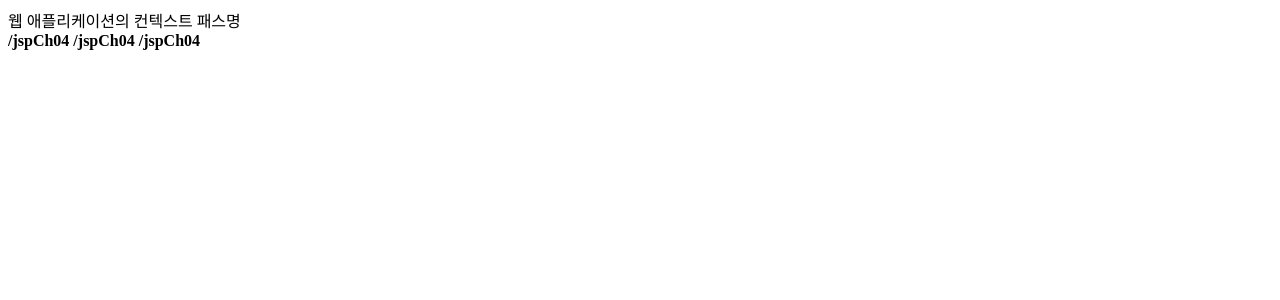
Repository: itrecipe/Web_ez
Page: http://localhost/jspCh04/06_application.jsp
An editor plug-in stored every save of this project. The page is shown before and after the next save, followed by the edit.
The browser window is 1280 px wide. The pictures show the whole page.
The page is served by Tomcat 9.

Above is the page before, as saved 2023-03-30 03:17:58.

### jspCh04/src/main/webapp/06_application.jsp
<%@ page language="java" contentType="text/html; charset=UTF-8"
    pageEncoding="UTF-8"%>
<!DOCTYPE html>
<html>
<head>
<meta charset="UTF-8">
<title>application.jsp</title>
</head>
<body>

<%
	/* 로컬변수
	 * application 내장 객체는 프로젝트(웹 애플리케이션)당 1개 생성됨
	 * ServletContext인터페이스를 구현한 객체
	 */
	String appPath = application.getContextPath();
	String filePath = application.getRealPath("06_application.jsp");
	String serverInfo = application.getServerInfo();
%>
웹 애플리케이션의 컨텍스트 패스명<br/>
<b><%=appPath%></b>
<b><%=appPath%></b>
<b><%=appPath%></b>
</body>
</html>

After the next save:
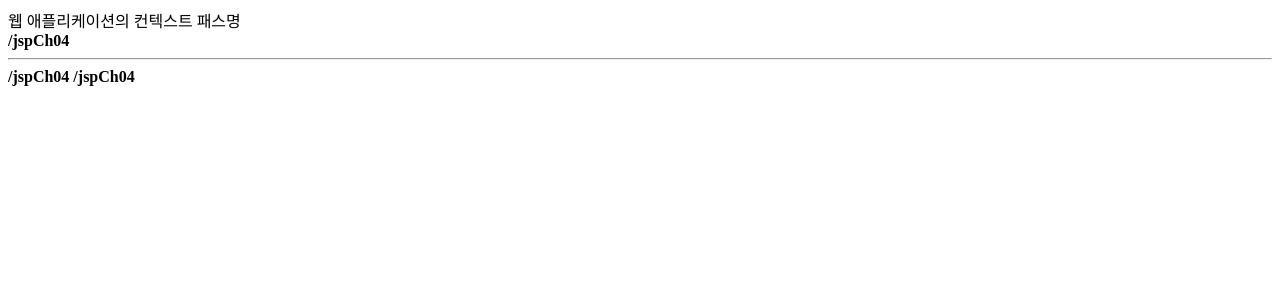
Saved 20 s later.
--- a/jspCh04/src/main/webapp/06_application.jsp
+++ b/jspCh04/src/main/webapp/06_application.jsp
@@ -18,8 +18,10 @@
 	String serverInfo = application.getServerInfo();
 %>
 웹 애플리케이션의 컨텍스트 패스명<br/>
+<b><%=appPath%></b><hr>
+
 <b><%=appPath%></b>
-<b><%=appPath%></b>
+
 <b><%=appPath%></b>
 </body>
 </html>
